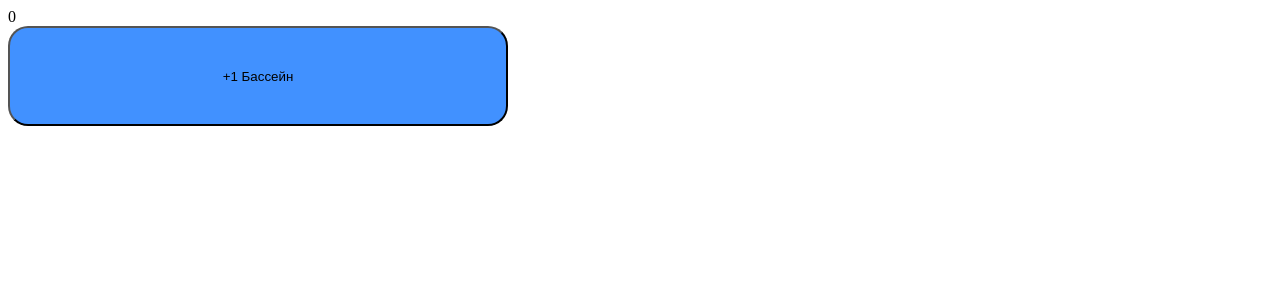
Repository: Huseynov98/js-practice
Page: index.html
The author's editor kept a copy of each file at every save. The page is drawn from the files as they stood at one save, then again after the next save.
The browser window is 1280 px wide. The pictures show the whole page.

Above is the page before, as saved 2023-05-15 10:19:12.

After the next save:
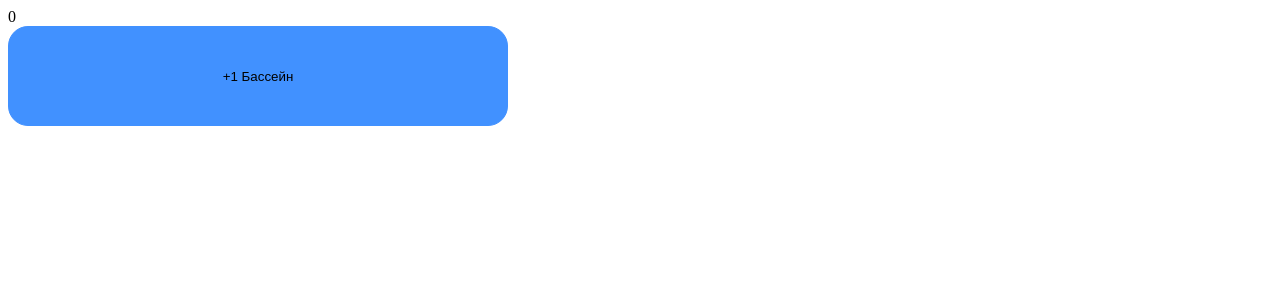
Saved 17 s later.
--- a/CSS/index.css
+++ b/CSS/index.css
@@ -3,4 +3,5 @@
   height: 100px;
   background: #4191ff;
   border-radius: 20px;
+  border: 1px solid #4191ff;
 }
